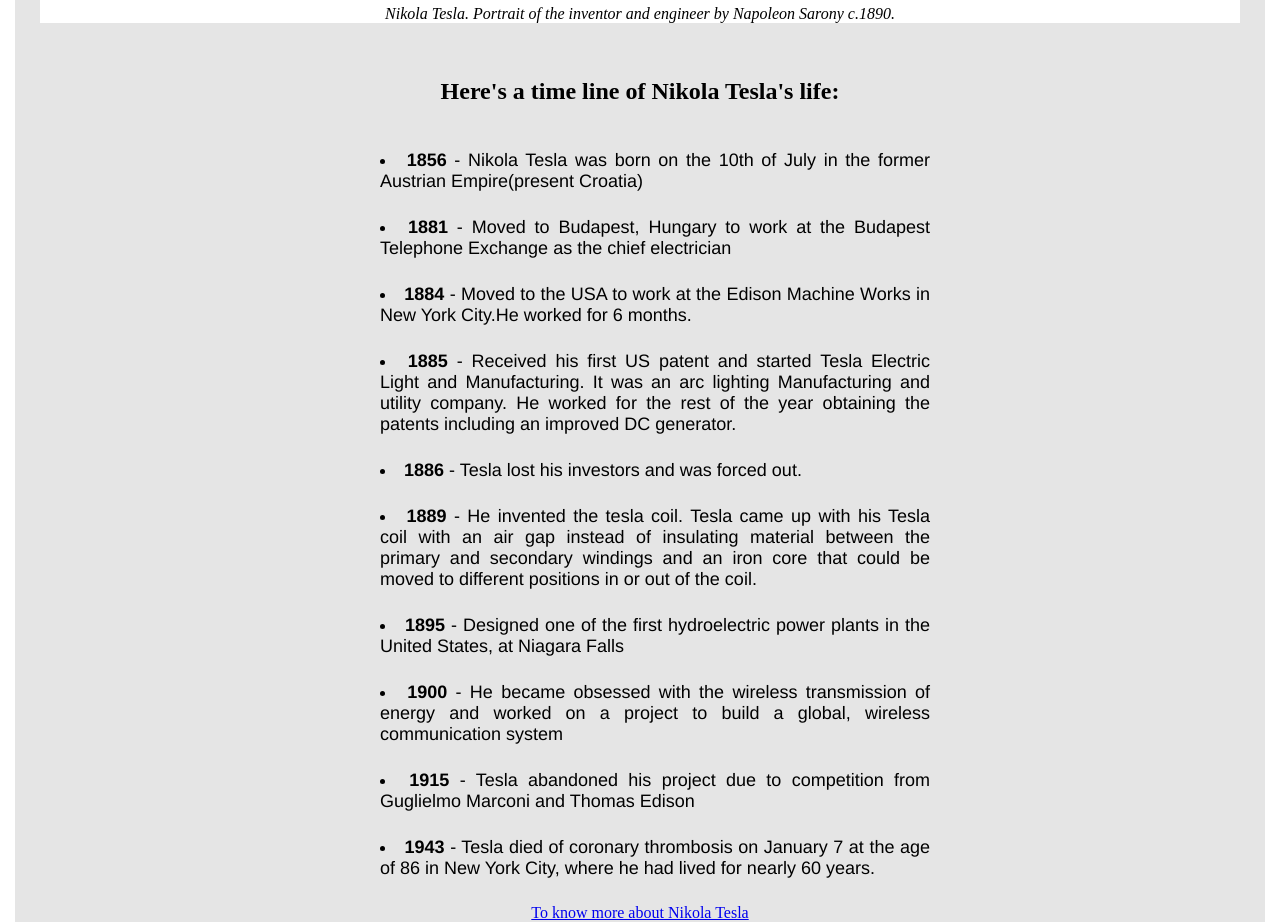
Repository: Avishka217/Tribute-Page
Page: index.html
The author's editor kept a copy of each file at every save. The page is drawn from the files as they stood at one save, then again after the next save.
The browser window is 1280 px wide. The pictures show the part of the page from y = 576 to 1498 px (the page is 1498 px tall).
A picture or video elsewhere on the page could not be fetched, so the positions and the page height are approximate.

Above is the page before, as saved 2020-03-18 20:00:02.

### index.html
<!DOCTYPE html>
<html>

<head>
    <link rel="stylesheet" href="styles.css">
    <link href="https://fonts.googleapis.com/css?family=Libre+Baskerville&display=swap" rel="stylesheet">
    <title>Nikola Tesla | Tribute Page</title>
</head>

<body>
    <div id="header">
        <script src="https://cdn.freecodecamp.org/testable-projects-fcc/v1/bundle.js"></script>
    </div>
    <main id="main">
        <div id="title-content">
            <h1 id="title">NIKOLA TESLA</h1>
            <p>The Man who invented the Twentieth Century</p>
        </div>
        <div id="main-content">
            <figure id="img-div">
                <center><img id="image" src="https://www.hands-free.co.uk/wp-content/uploads/2018/06/nikola-tesla.jpg">
                </center>
                <figcaption id="img-caption">Nikola Tesla. Portrait of the inventor and engineer by Napoleon Sarony
                    c.1890.</figcaption>
            </figure>

        </div>
        <div id="tribute-info">
            <h2>Here's a time line of Nikola Tesla's life:</h2>

            <ul id="lists">
                <li><b>1856</b> - Nikola Tesla was born on the 10th of July in the former Austrian Empire(present
                    Croatia)</li>
                <li><b>1881</b> - Moved to Budapest, Hungary to work at the Budapest Telephone Exchange as the chief
                    electrician</li>
                <li><b>1884</b> - Moved to the USA to work at the Edison Machine Works in New York City.He worked for 6
                    months.
                </li>
                <li><b>1885</b> - Received his first US patent and started Tesla Electric Light and Manufacturing. It
                    was an arc lighting Manufacturing
                    and utility company. He worked for the rest of the year obtaining the patents including an improved
                    DC generator.</li>
                <li><b>1886</b> - Tesla lost his investors and was forced out.</li>
                <li><b>1889</b> - He invented the tesla coil. Tesla came up with his Tesla coil with an air gap instead
                    of insulating material between the primary and secondary windings and an iron core that could be
                    moved to different positions in or out of the coil.</li>

                <li><b>1895</b> - Designed one of the first hydroelectric power plants in the United States, at Niagara
                    Falls</li>
                <li><b>1900</b> - He became obsessed with the wireless transmission of energy and worked on a project to
                    build a global, wireless communication system</li>
                <li><b>1915</b> - Tesla abandoned his project due to competition from Guglielmo Marconi and Thomas
                    Edison</li>
                <li><b>1943</b> - Tesla died of coronary thrombosis on January 7 at the age of 86 in New York City,
                    where he had lived for nearly 60 years. </li>
            </ul>
            <a id="tribute-link" target="_blank" href="https://en.wikipedia.org/wiki/Nikola_Tesla">To know more about
                Nikola Tesla</a>
        </div>
    </main>

</body>

</html>

### styles.css
body{
  overflow-x: hidden;
  margin: 0 auto;
  width: 100%;
}
#header{
width: 100%;
  background-color:hsl(240, 80%, 8%);
  height: 60px;


}

#main{
  display: block;

  position: absolute;
  right: 0;
  left: 0;
  margin: 0px 15px;
  padding-top: 10px;
  background-color: rgb(0, 0, 0, 0.1);
  text-align: center;

}

#title-content{
  padding-top:  25px;
  text-align: center;
}
#title-content p{
  font-family: Helvetica, sans-serif
}
#main-content{
  padding-top: 30px;
  margin: 25px;
  background-color:white;
}

#title{
  position: relative;
  font-family:'Libre Baskerville', serif;
  font-size: 30px;
  text-align: center;
  margin-top: 15px;;

}


#image{
  display: block;
  max-width: 100%;
  height: auto;
  margin-bottom: 25px;

}
@media(min-width: 525px){
  #image{
    width:400px;
  }
}

#img-caption{
  text-align: center;
  font-style: italic;
}



#tribute-info{

  display: block;
  width: 100%;
  position: relative;
  text-align: center;
  list-style-position: inside;



}
#tribute-info h2{
  padding-top: 30px;
}
#tribute-info ul{

  font-family: Helvetica;
  font-size: 18px;
  display: block;
  padding-top: 25px;
  padding-right: 10px;;
  width:550px;
  margin: auto;
  text-align: justify;

}
@media(max-width: 800px){
  #tribute-info  ul{
    width:auto;
  }
}
#tribute-info  li{


  margin-bottom: 25px;
}

After the next save:
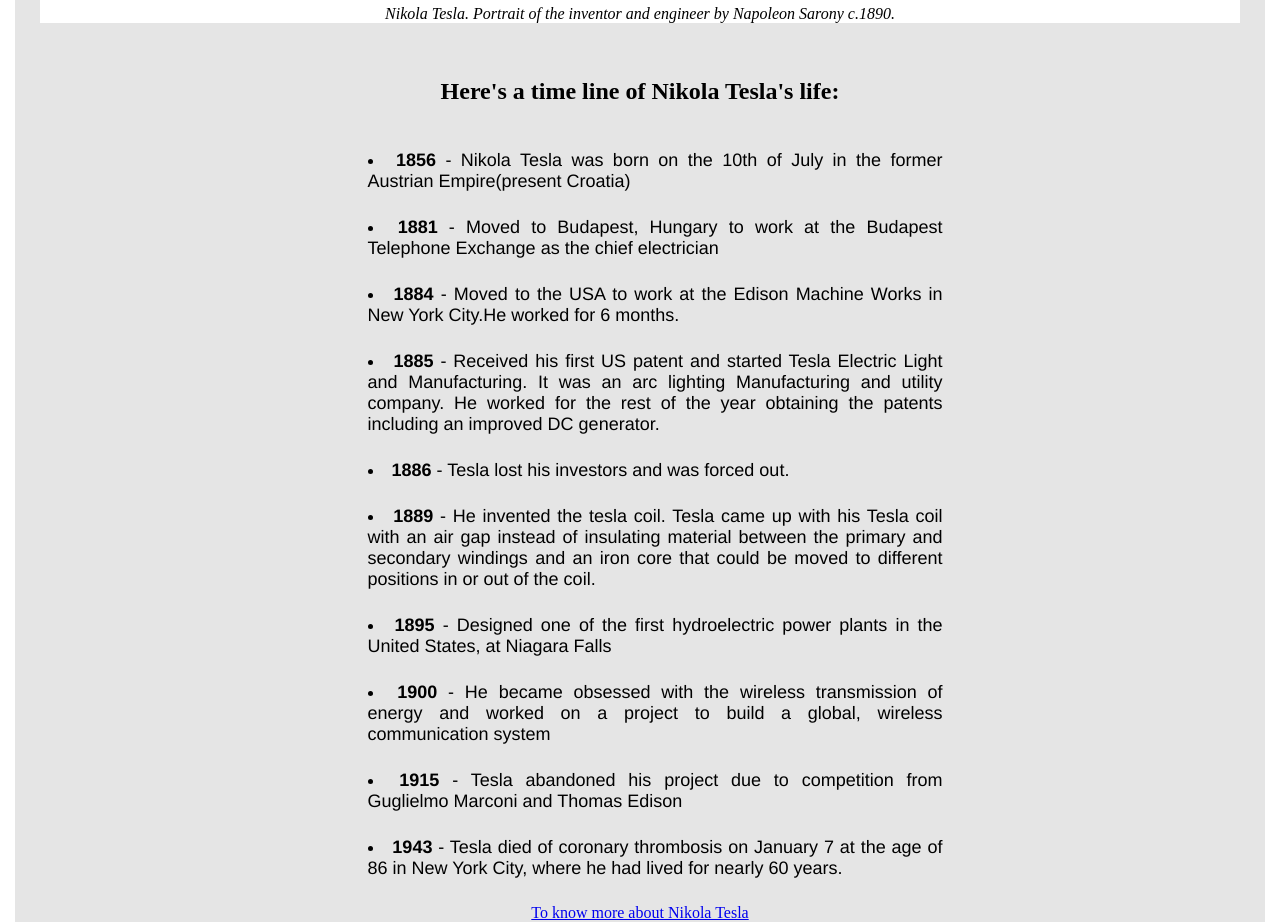
Saved 15 s later.
--- a/styles.css
+++ b/styles.css
@@ -88,7 +88,7 @@
   display: block;
   padding-top: 25px;
   padding-right: 10px;;
-  width:550px;
+  width:575px;
   margin: auto;
   text-align: justify;
 
